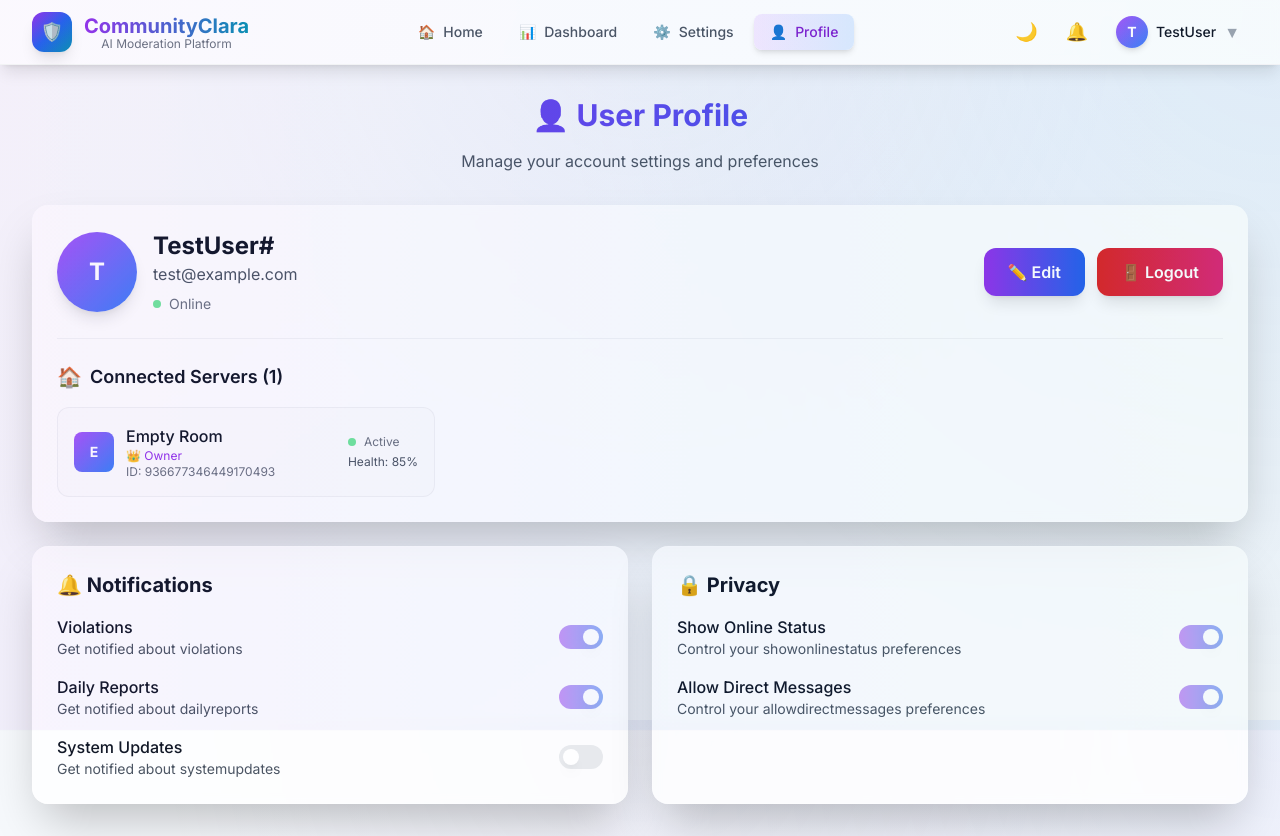
Repository: Tab-To-LightSpeed24/CommunityClara
Page: / (app in frontend/), after clicking the first element matching `div.hidden > :nth-child(4)`
The author's editor kept a copy of each file at every save. The page is drawn from the files as they stood at one save, then again after the next save.
The browser window is 1280 px wide. The pictures show the whole page.
The page's requests for data from a server got no answer. Backgrounds fixed to the window are drawn as part of the page. The project was rebuilt for these pictures with package versions that can differ from the ones it lists, and the page was loaded fresh each time. No one was signed in, and anything a server would have sent is missing. Also part of the build but not shown: frontend/vite.config.js, frontend/src/components/Dashboard/StatsOverview.jsx, frontend/src/components/Dashboard/HealthScore.jsx, frontend/src/components/Dashboard/ViolationsList.jsx, frontend/src/components/Dashboard/AnalyticsChart.jsx, frontend/src/components/Dashboard/ServerSelector.jsx, frontend/src/components/Layout/LoadingSpinner.jsx, frontend/src/components/Layout/ErrorMessage.jsx and 6 more.

Above is the page before, as saved 2025-08-23 01:04:06.

After the next save:
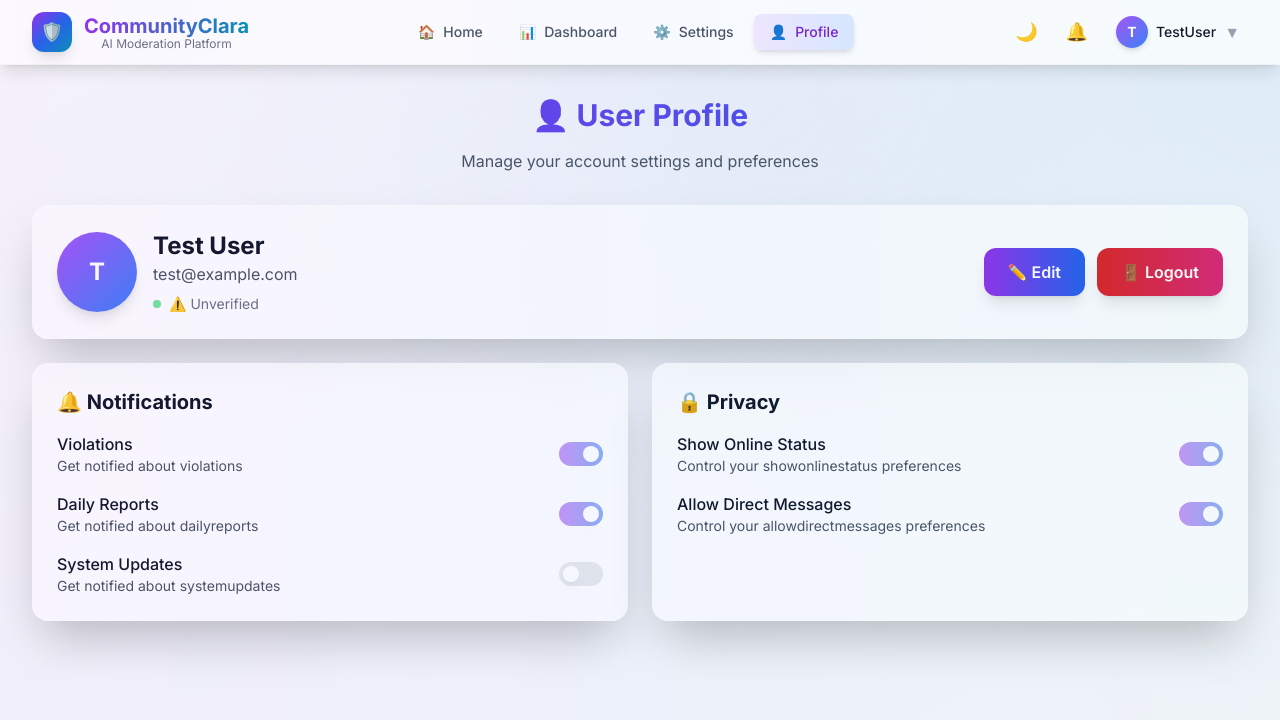
Saved 54 s later.
--- a/frontend/src/components/Profile/UserProfile.jsx
+++ b/frontend/src/components/Profile/UserProfile.jsx
@@ -160,27 +160,29 @@ if (isLoading) {
           <div className="flex items-center space-x-4">
             {/* Avatar */}
             <div className="w-20 h-20 bg-gradient-to-br from-purple-500 to-blue-500 rounded-full flex items-center justify-center shadow-lg">
-              {user?.avatar ? (
+              {user?.avatar_url ? (
                 <img
-                  src={`https://cdn.discordapp.com/avatars/${user.id}/${user.avatar}.png`}
+                  src={user.avatar_url}
                   alt="Profile"
                   className="w-full h-full rounded-full"
                 />
               ) : (
                 <span className="text-white text-2xl font-bold">
-                  {user?.username?.charAt(0).toUpperCase()}
+                  {user?.display_name?.charAt(0)?.toUpperCase() || user?.username?.charAt(0)?.toUpperCase() || '?'}
                 </span>
               )}
             </div>
 
             <div>
               <h2 className="text-2xl font-bold text-gray-900 dark:text-gray-100">
-                {user?.username}#{user?.discriminator}
+                {user?.display_name || user?.username}
               </h2>
               <p className="text-gray-600 dark:text-gray-300">{user?.email}</p>
               <div className="flex items-center space-x-2 mt-2">
                 <div className="w-2 h-2 bg-green-400 rounded-full animate-pulse"></div>
-                <span className="text-sm text-gray-500 dark:text-gray-400">Online</span>
+                <span className="text-sm text-gray-500 dark:text-gray-400">
+                  {user?.is_verified ? '✅ Verified' : '⚠️ Unverified'}
+                </span>
               </div>
             </div>
           </div>
@@ -190,15 +192,23 @@ if (isLoading) {
               onClick={() => setIsEditing(!isEditing)}
               className="btn bg-gradient-to-r from-purple-600 to-blue-600 text-white hover:from-purple-700 hover:to-blue-700"
             >
-              {isEditing ? '💾 Save' : '✏️ Edit'}
+              {isEditing ? '❌ Cancel' : '✏️ Edit'}
             </button>
 
             {isEditing && (
               <button
                 onClick={handleSave}
-                className="btn bg-gradient-to-r from-green-600 to-emerald-600 text-white hover:from-green-700 hover:to-emerald-700"
+                disabled={saving}
+                className="btn bg-gradient-to-r from-green-600 to-emerald-600 text-white hover:from-green-700 hover:to-emerald-700 disabled:opacity-50"
               >
-                ✅ Save Changes
+                {saving ? (
+                  <>
+                    <span className="animate-spin mr-2">⟳</span>
+                    Saving...
+                  </>
+                ) : (
+                  '✅ Save Changes'
+                )}
               </button>
             )}
 
@@ -208,53 +218,6 @@ if (isLoading) {
             >
               🚪 Logout
             </button>
-          </div>
-        </div>
-
-        {/* Connected Servers */}
-        <div className="mt-6 pt-6 border-t border-gray-200/50 dark:border-gray-700/50">
-          <h3 className="text-lg font-semibold text-gray-900 dark:text-gray-100 mb-4 flex items-center">
-            <span className="text-xl mr-2">🏠</span>
-            Connected Servers ({user?.servers?.length || 0})
-          </h3>
-
-          <div className="grid grid-cols-1 md:grid-cols-2 lg:grid-cols-3 gap-4">
-            {user?.servers?.map((server) => (
-              <div key={server.id} className="p-4 rounded-xl bg-gray-50/50 dark:bg-gray-800/30 border border-gray-200/50 dark:border-gray-700/50 hover:bg-gray-100/50 dark:hover:bg-gray-700/30 transition-all duration-300">
-                <div className="flex items-center justify-between">
-                  <div className="flex items-center space-x-3">
-                    <div className="w-10 h-10 bg-gradient-to-br from-purple-500 to-blue-500 rounded-lg flex items-center justify-center">
-                      <span className="text-white font-bold text-sm">
-                        {server.name?.charAt(0).toUpperCase()}
-                      </span>
-                    </div>
-                    <div>
-                      <div className="font-medium text-gray-900 dark:text-gray-100">
-                        {server.name}
-                      </div>
-                      <div className="text-xs text-purple-600 dark:text-purple-400">
-                        {server.owner ? '👑 Owner' : '👤 Member'}
-                      </div>
-                      <div className="text-xs text-gray-500 dark:text-gray-400">
-                        ID: {server.id}
-                      </div>
-                    </div>
-                  </div>
-
-                  <div className="text-right">
-                    <div className="flex items-center space-x-2 mb-1">
-                      <div className="w-2 h-2 bg-green-400 rounded-full animate-pulse"></div>
-                      <span className="text-xs text-gray-500 dark:text-gray-400">Active</span>
-                    </div>
-                    {server.health_score && (
-                      <div className="text-xs text-gray-600 dark:text-gray-300">
-                        Health: {Math.round(server.health_score * 100)}%
-                      </div>
-                    )}
-                  </div>
-                </div>
-              </div>
-            ))}
           </div>
         </div>
       </div>
